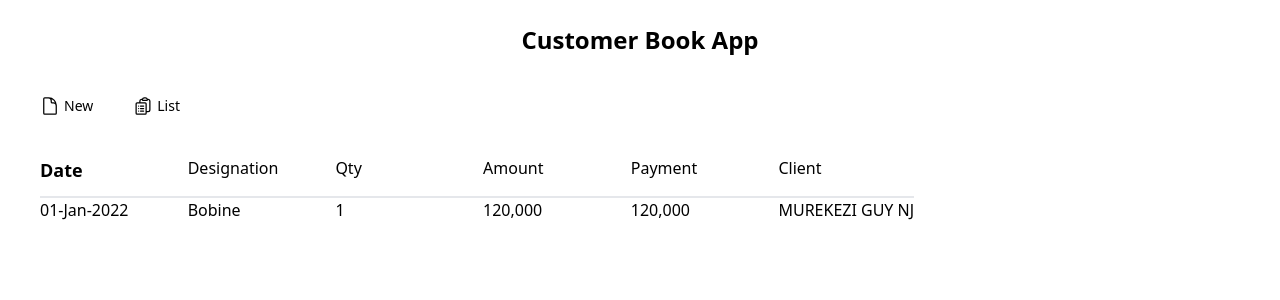
Repository: higirobruce/customerbookapp
Page: /
An editor plug-in stored every save of this project. The page is shown before and after the next save, followed by the edit.
The browser window is 1280 px wide. The pictures show the whole page.
The project was rebuilt for these pictures with package versions that can differ from the ones it lists, and the page was loaded fresh each time. The framework's server and built-in components were replaced by stand-ins that run in the browser. Also part of the build but not shown: next.config.js, components/layout/sidebar.js.

Above is the page before, as saved 2022-11-24 16:49:23.

### pages/index.js
import Head from "next/head";
import Image from "next/image";
import Sidebar from "../components/layout/sidebar";
import MainScreen from "../components/layout/mainScreen";

const Home = () => {
  return (
    <div className="flex min-h-screen flex-row">
      {/* <Sidebar /> */}
      <MainScreen />
    </div>
  );
};

export default Home;

### components/layout/mainScreen.js
import React, { useState } from "react";
import {
  DocumentIcon,
  ClipboardDocumentListIcon,
} from "@heroicons/react/24/outline";
import RecordsTable from "../common/records";

const records = [
  {
    date: "01-Jan-2022",
    designation: "Bobine",
    qty: "1",
    amount: "120,000",
    payment: "120,000",
    client: "MUREKEZI GUY NJ",
  },
];

export default function MainScreen() {
  let [viewPort, setViewPort] = useState("list");

  return (
    <div className="flex flex-col w-full pt-6 space-y-10">
      {/* header */}
      <div className="flex justify-center text-2xl font-semibold">
        Customer Book App
      </div>
      {/* Menu bar */}
      <div className="flex flex-row px-10 space-x-10">
        <div
          className="flex flex-row space-x-1 items-center cursor-pointer"
          onClick={() => setViewPort("new")}
        >
          <DocumentIcon className="h-5 w-5" />
          <div className="text-sm ">New</div>
        </div>

        <div
          className="flex flex-row space-x-1 items-center cursor-pointer"
          onClick={() => setViewPort("list")}
        >
          <ClipboardDocumentListIcon className="h-5 w-5" />
          <div className="text-sm ">List</div>
        </div>
      </div>
      {/* Body */}

      <div className="flex px-10 ">
        {viewPort === "list" && <RecordsTable data={records} />}
        {viewPort === "new" && <div>New</div>}
      </div>
    </div>
  );
}

### components/common/records.js
import React from 'react'

export default function RecordsTable({data}) {

  return (
    <div>
        <div className='grid grid-cols-6 gap-3 border-b-2'>
                <div className='text-lg font-semibold  mb-3'>Date</div>
                <div>Designation</div>
                <div>Qty</div>
                <div>Amount</div>
                <div>Payment</div>
                <div>Client</div>
            </div>
        {data.map($=>{
            return <div className='grid grid-cols-6 gap-3'>
                <div>{$.date}</div>
                <div>{$.designation}</div>
                <div>{$.qty}</div>
                <div>{$.amount}</div>
                <div>{$.payment}</div>
                <div>{$.client}</div>
            </div>
        })}
    </div>
  )
}

Loaded but not shown: pages/_app.tsx (common file); styles/globals.css (common file); tailwind.config.js (common file)

After the next save:
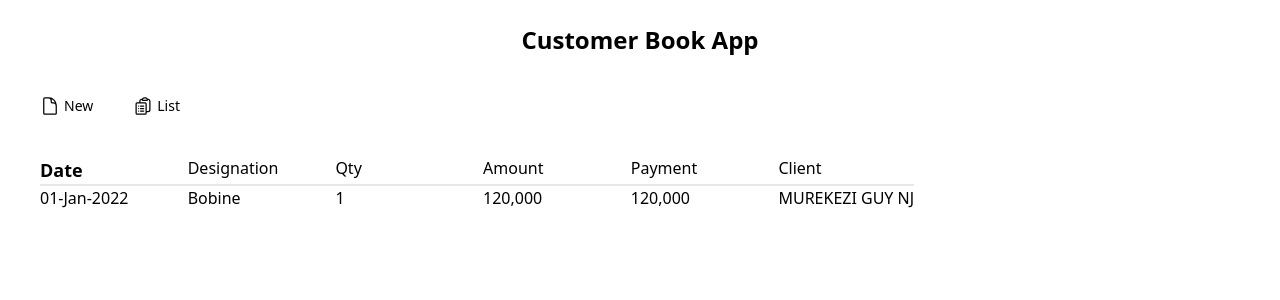
Saved 7 s later.
--- a/components/common/records.js
+++ b/components/common/records.js
@@ -5,7 +5,7 @@ export default function RecordsTable({data}) {
   return (
     <div>
         <div className='grid grid-cols-6 gap-3 border-b-2'>
-                <div className='text-lg font-semibold  mb-3'>Date</div>
+                <div className='text-lg font-semibold'>Date</div>
                 <div>Designation</div>
                 <div>Qty</div>
                 <div>Amount</div>
